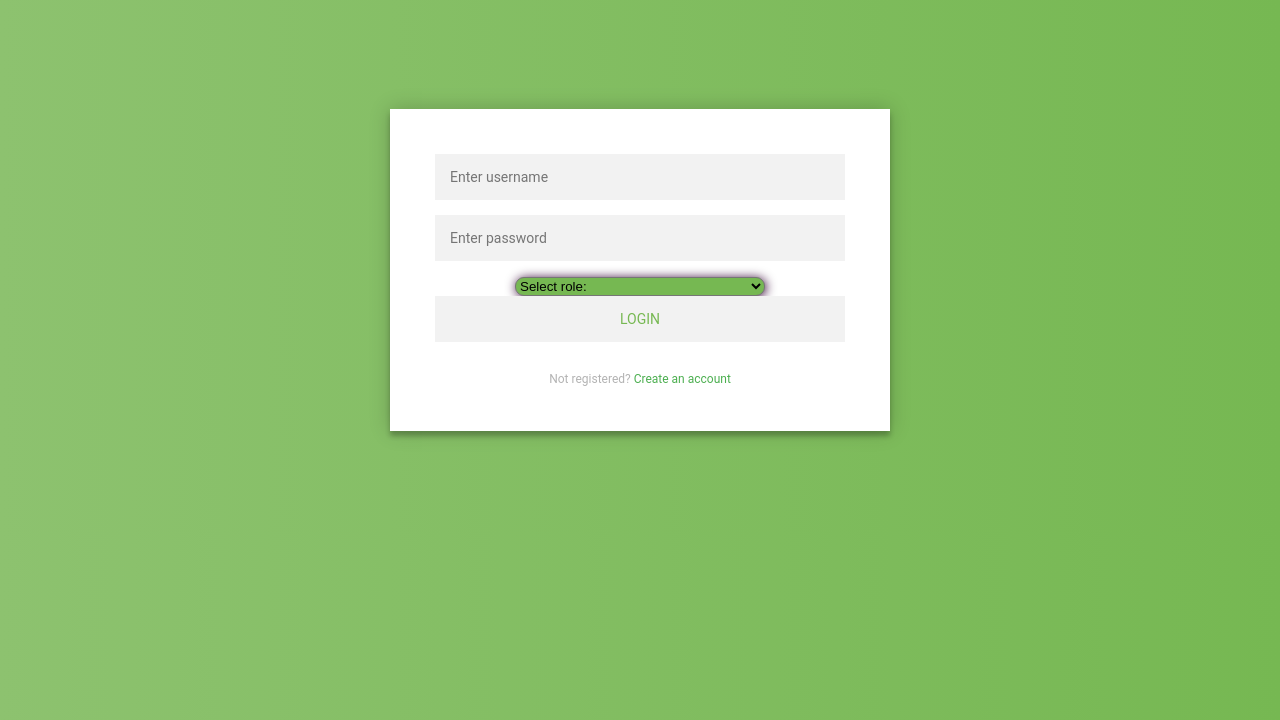
Repository: satishkumarms/WorkSpace
Page: MyWebDemos/WebContent/LoginPage.html
These files come from the project's save history. The page is drawn as it stood at one moment and after the next save; the edit follows.
The browser window is 1280 px wide. The pictures show the whole page.
Pictures or frames that could not be fetched are drawn as grey boxes.

Above is the page before, as saved 2018-07-18 06:55:27.

### MyWebDemos/WebContent/LoginPage.html
<!DOCTYPE html>
<html>
<head>
<meta charset="ISO-8859-1">


</head>
<style>
.login-page {
  width: 500px;
  padding: 8% 0 0;
  margin: auto;
}
.form {
  position: relative;
  z-index: 1;
  background: #FFFFFF;
  max-width: 500px;
  margin: 0 auto 100px;
  padding: 45px;
  text-align: center;
  box-shadow: 0 0 20px 0 rgba(0, 0, 0, 0.2), 0 5px 5px 0 rgba(0, 0, 0, 0.24);
}
.form input {
  font-family: "Roboto", sans-serif;
  outline: 0;
  background: #f2f2f2;
  width: 100%;
  border: 0;
  margin: 0 0 15px;
  padding: 15px;
  box-sizing: border-box;
  font-size: 14px;
}
.submit {
  font-family: "Roboto", sans-serif;
  text-transform: uppercase;
  outline: 0;
  background: #b3b3b3;

  width: 100%;
  border: 0;
  padding: 15px;
  color: #76b852;
  font-size: 14px;
  -webkit-transition: all 0.3 ease;
  transition: all 0.3 ease;
  cursor: pointer;
}
.form button:hover,.form button:active,.form button:focus {
  background: #43A047;
}
.form .message {
  margin: 15px 0 0;
  color: #b3b3b3;
  font-size: 12px;
}
.form .message a {
  color: #4CAF50;
  text-decoration: none;
}
.form .register-form {
  display: none;
}
.container {
  position: relative;
  z-index: 1;
  max-width: 300px;
  margin: 0 auto;
}
.container:before, .container:after {
  content: "";
  display: block;
  clear: both;
}
.container .info {
  margin: 50px auto;
  text-align: center;
}
.container .info h1 {
  margin: 0 0 15px;
  padding: 0;
  font-size: 36px;
  font-weight: 300;
  color: #1a1a1a;
}
.container .info span {
  color: #4d4d4d;
  font-size: 12px;
}
.container .info span a {
  color: #000000;
  text-decoration: none;
}
.container .info span .fa {
  color: #EF3B3A;
}
body {
  background: #76b852; /* fallback for old browsers */
  background: -webkit-linear-gradient(right, #76b852, #8DC26F);
  background: -moz-linear-gradient(right, #76b852, #8DC26F);
  background: -o-linear-gradient(right, #76b852, #8DC26F);
  background: linear-gradient(to left, #76b852, #8DC26F);
  font-family: "Roboto", sans-serif;
  -webkit-font-smoothing: antialiased;
  -moz-osx-font-smoothing: grayscale;
}

select {

overflow:hidden;
   width:250px;
  /*  -moz-border-radius: 9px 9px 9px 9px;
   -webkit-border-radius: 9px 9px 9px 9px; */
   border-radius: 9px 9px 9px 9px;
   box-shadow: 1px 1px 11px #330033;
   background: #76b852 url("http://i62.tinypic.com/15xvbd5.png") no-repeat scroll 319px center;
}
</style>

<div class="login-page">
  <div class="form">
    <form name='form1' class="login-form"  onsubmit = "return validatelogin()" action="http://localhost:8081/MyWebDemos/hs">
      <input type="text" name ="username" placeholder="Enter username" required/>
      <input type="password" name ="password" placeholder="Enter password"/>

    <select>
    <option value="0">Select role:</option>
    <option value="2">ADMIN</option>
    <option value="1">USER</option>
    </select>


      <input type="submit" class = 'submit' value ='Login' >

      <p class="message">Not registered? <a href="signup.html">Create an account</a></p>
    </form>
  </div>
</div>

<script>
function validatelogin()
{
 /* var username = document.getElementById('username');
 var password = document.getElementById('password'); */
 var username = form1.username;
 var password = form1.password;
 if(username.value=='' || password.value=='')

	{
	alert("please enter username");
	return false;
	}
	else{
	  alert("sending values-->"+username.value+ "-->" + password.value);
	  return true;
	}
}

</script>


</html>

After the next save:
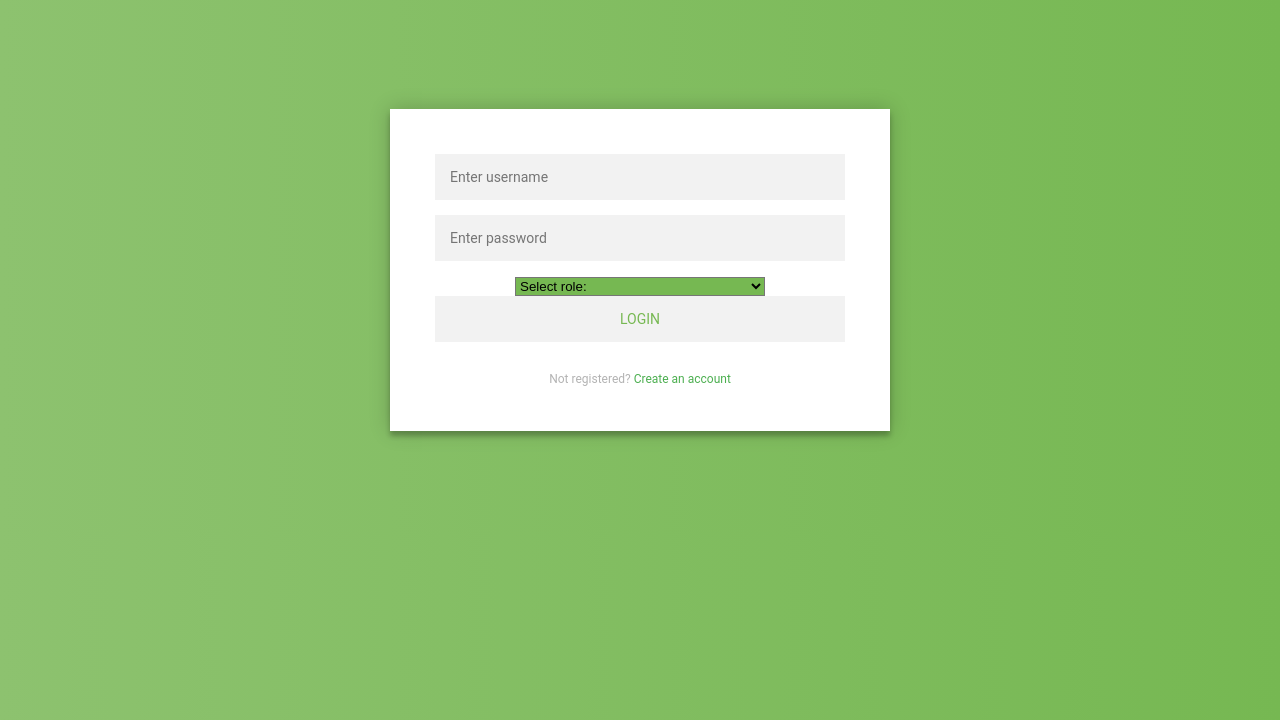
Saved 11 s later.
--- a/MyWebDemos/WebContent/LoginPage.html
+++ b/MyWebDemos/WebContent/LoginPage.html
@@ -112,8 +112,8 @@ overflow:hidden;
    width:250px;
   /*  -moz-border-radius: 9px 9px 9px 9px;
    -webkit-border-radius: 9px 9px 9px 9px; */
-   border-radius: 9px 9px 9px 9px;
-   box-shadow: 1px 1px 11px #330033;
+   /* border-radius: 9px 9px 9px 9px;
+   box-shadow: 1px 1px 11px #330033; */
    background: #76b852 url("http://i62.tinypic.com/15xvbd5.png") no-repeat scroll 319px center;
 }
 </style>
